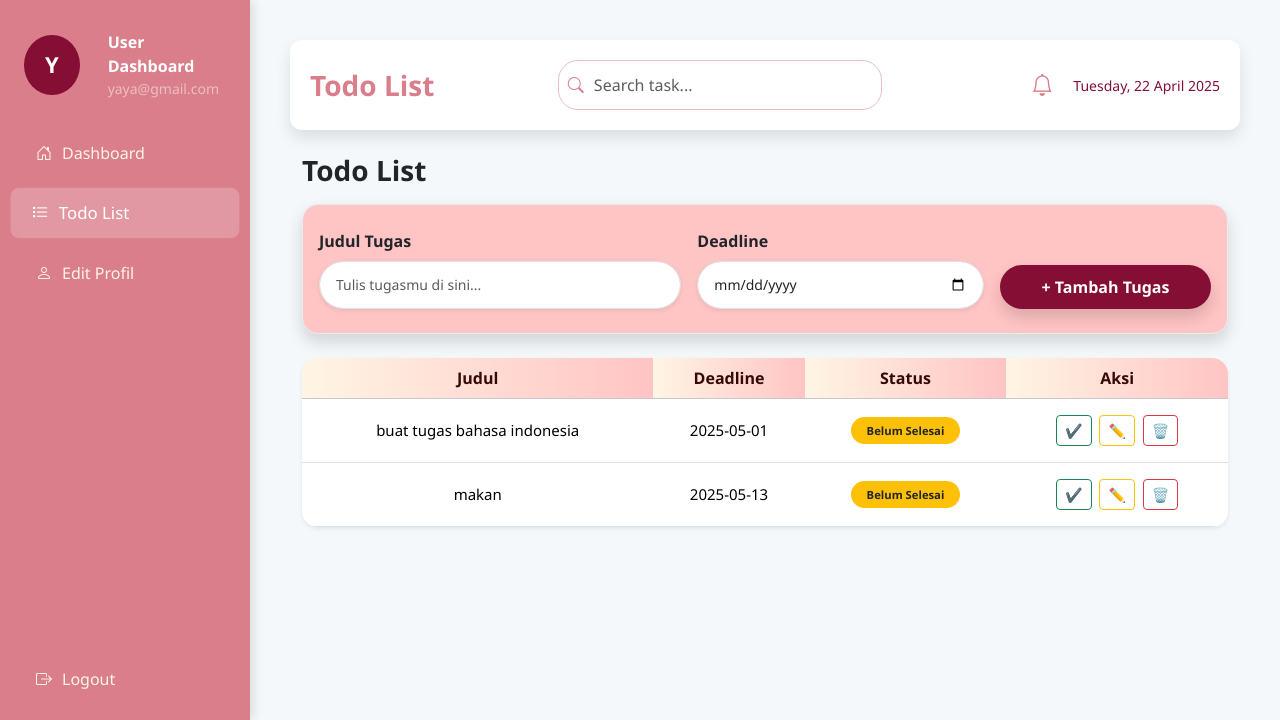
Repository: zhr-nabila/FloTime
Page: http://localhost/todo.php
An editor plug-in stored every save of this project. The page is shown before and after a run of saves, followed by the edit.
The browser window is 1280 px wide. The pictures show the whole page.
The page is run by PHP 8.4 with error messages shown; the project is at /var/www/html/. The session is filled in as if someone had signed in: {"email": "yaya@gmail.com", "status": "login", "user_id": 2}. The database holds what the project's SQL file puts in it.

Above is the page before, as saved 2025-04-23 12:31:20.

After the next 2 saves:
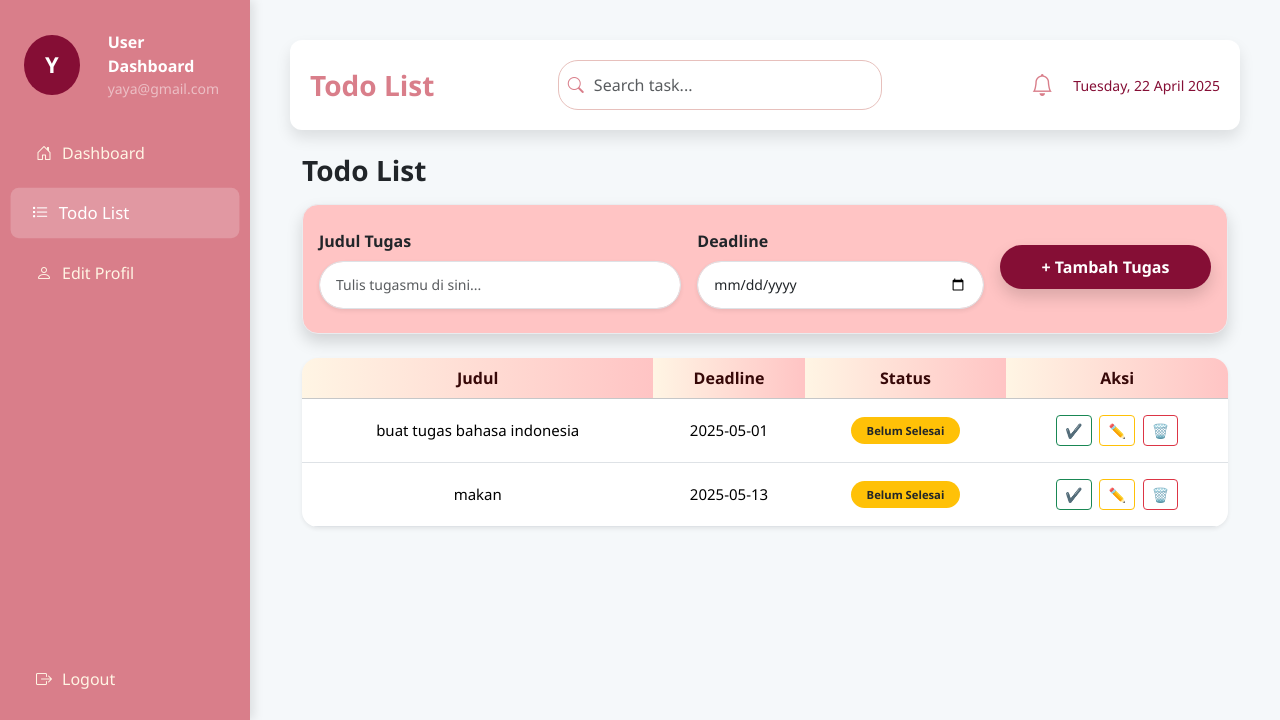
The 2 saves are shown as one change because they came seconds apart.
The last was saved 10 s later.
--- a/css/style.css
+++ b/css/style.css
@@ -229,7 +229,7 @@ html, body {
     color: white;
     border: none;
     transition: 0.3s ease;
-    margin-top: 20px;
+    margin-bottom: 20px;
     border-radius: 10px;
     padding: 10px 10px;
 }
